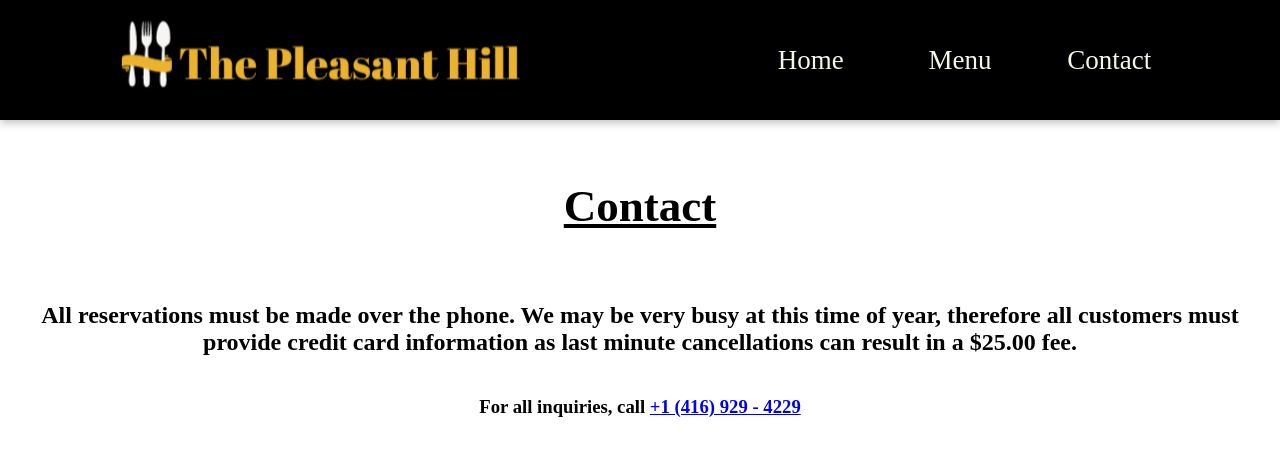
Repository: shayanabedi98/pleasant-hill-restaurant
Page: /, after clicking the first element matching `ul > :nth-child(3)`
An editor plug-in stored every save of this project. The page is shown before and after the next save, followed by the edit.
The browser window is 1280 px wide. The pictures show the part of the page from y = 0 to 458 px (the page is 912 px tall before and 914 px after).
Pictures or frames that could not be fetched are drawn as grey boxes. Some web fonts or font styles are not loaded; a fallback is used. The project was rebuilt for these pictures with package versions that can differ from the ones it lists, and the page was loaded fresh each time. Also part of the build but not shown: vite.config.js, src/components/MenuList.jsx, src/components/Appetizers.jsx, src/components/Entrees.jsx, src/components/Desserts.jsx, src/components/Drinks.jsx, src/components/Menu.jsx.

Above is the page before, as saved 2023-12-27 18:29:02.

### index.html
<!doctype html>
<html lang="en">
  <head>
    <meta charset="UTF-8" />
    <link rel="icon" type="image/svg+xml" href="/vite.svg" />
    <meta name="viewport" content="width=device-width, initial-scale=1.0" />
    <link rel="preconnect" href="https://fonts.googleapis.com">
    <link rel="preconnect" href="https://fonts.gstatic.com" crossorigin>
    <link href="https://fonts.googleapis.com/css2?family=Italiana&display=swap" rel="stylesheet">
    <title></title>
  </head>
  <body>
    <div id="root"></div>
    <script type="module" src="/src/main.jsx"></script>
  </body>
</html>

### src/App.jsx
import { useState } from "react";
import Contact from "./components/Contact";
import Home from "./components/Home";
import Menu from "./components/Menu";
import Navbar from "./components/Navbar";
import "./App.css";

function App() {
  const [activeDiv, setActiveDiv] = useState({
    home: true,
    menu: false,
    contact: false,
  });

  const renderDiv = (clickedItem) => {
    setActiveDiv({
      home: clickedItem === 'home',
      menu: clickedItem === 'menu',
      contact: clickedItem === 'contact'
    })
  }

  return (
    <>
      <Navbar onClick={renderDiv} />
      {activeDiv.home && <Home />}
      {activeDiv.menu && <Menu />}
      {activeDiv.contact && <Contact />}
    </>
  );
}

export default App;

### src/index.css
* {
  background-color: white;
}

### src/components/Contact.jsx
import React from 'react'

const Contact = () => {
  return (
    <div className='contact'>
        <h1>Contact</h1>
        <h2>All reservations must be made over the phone. We may be very busy at this time of year, therefore all customers must provide credit card information as last minute cancellations can result in a $25.00 fee.</h2>
        <h3>For all inquiries, call <a href="tel:+14169295229">+1 (416) 929 - 4229</a> </h3>
        <iframe src="https://www.google.com/maps/embed?pb=!1m18!1m12!1m3!1d721.6078904512414!2d-79.3904640303319!3d43.65999366841537!2m3!1f0!2f0!3f0!3m2!1i1024!2i768!4f13.1!3m3!1m2!1s0x882b34b7cf806435%3A0x842c90518fb9fea1!2s109%20College%20St%2C%20Toronto%2C%20ON%20M5G%201L6!5e0!3m2!1sen!2sca!4v1703711320331!5m2!1sen!2sca" width="600" height="450" style={{border:0}}></iframe>
    </div>
  )
}

export default Contact

### src/components/Home.jsx
import React from 'react'
import banner from '../assets/banner.jpg'
import aboutImg from '../assets/about.jpg'
import toronto from '../assets/toronto.jpg'

const Home = () => {
  return (
    <div className='home'>
      <img src={banner} alt="Banner photo of a luxurious restaurant" />
      <div className='banner-content'>
        <h1>Dine in luxury at The Pleasant Hill</h1>
        <div className='banner-buttons'>
          <button>View Menu</button>
          <button>Book Reservation</button>
        </div>
      </div>
      <div className="about">
        <div className='about1'>
          <img src={aboutImg} alt="zoomed in picture of a dining table with utensils" />
          <h2>Indulge in the Epitome of Gastronomic Luxury at The Pleasant Hill, Toronto's premier dining establishment where every dish promises an adventure for the senses. Experience the pinnacle of culinary artistry in the heart of Ontario.</h2>
        </div>
      </div>
        <div className="about2">
          <p>Nestled in the heart of Toronto, Ontario, The Pleasant Hill offers an oasis of culinary refinement in a world bustling with activity. This luxurious haven of gastronomy is not just a restaurant; it is a destination where the art of fine dining is celebrated, and every meal is an exquisite journey. With its opulent ambiance, The Pleasant Hill invites patrons to indulge in a symphony of flavors crafted by world-renowned chefs. Each dish is a masterpiece, composed of the finest locally-sourced ingredients and presented with the elegance worthy of royalty. Our sommelier-curated wine selection complements the epicurean delights, featuring rare vintages and sought-after labels from the most esteemed vineyards. At The Pleasant Hill, we believe that a meal should be a cherished moment, a time to savor the luxuries that life has to offer. We take pride in creating an unforgettable experience that begins with a warm welcome and lingers long after the last decadent dessert is enjoyed. Come, be our guest and immerse yourself in the pinnacle of Toronto's dining scene.</p>
          <img src={toronto} alt="Toronto skyline" />
        </div>
    </div>
  )
}

export default Home

### src/components/Navbar.jsx
import React from "react";
import logo from "../assets/logo2.png";

const Navbar = ({ onClick }) => {
  return (
    <div className="navbar">
      <img src={logo} alt="" />
      <ul>
        <li onClick={() => onClick("home")}>Home</li>
        <li onClick={() => onClick("menu")}>Menu</li>
        <li onClick={() => onClick("contact")}>Contact</li>
      </ul>
    </div>
  );
};

export default Navbar;

### src/App.css


body {
  padding: 0px;
  margin: 0px;
}

.contact, .menu {
  margin-top: 180px;
}

.navbar {
  background-color: black;
  display: grid;
  grid-template-columns: 1fr 1fr;
  place-items: center;
  align-content: center;
  height: 120px;
  box-shadow: rgba(0, 0, 0, 0.24) 0px 3px 8px;
  z-index: 2;
  position: fixed;
  width: 100%;
  top: 0;
}

.navbar ul li {
  list-style: none;
  font-size: 27px;
  text-align: center;
  color: rgb(245, 245, 232);
  background-color: black;
}

.navbar ul {
  display: grid;
  width: 70%;
  grid-template-columns: 1fr 1fr 1fr;
  padding: 0px;
  margin: 0px;

}

.navbar ul li:hover {
  cursor: pointer;
  background-color: #aa9c66;
}



.menu {

}

.card-container {
  display: grid;
  gap: 20px;
  grid-template-columns: repeat(3, 1fr);
  place-items: center;
  color: #aa9c66;
  width: 1200px;
  margin: auto;
}

.menu-imgs {
  width: 300px;
  margin: 30px 30px 30px 30px;
  border-radius: 5%;
}

.menu-desc {
  text-align: center;
  font-weight: 600;
  padding-left: 20px;
  padding-right: 20px
}

.menu-names {
  font-size: 25px;
  text-decoration: underline;
  color: rgb(158, 152, 96);
}

.card {
  width: 370px;
  min-height: 400px;
  cursor: pointer;
  box-shadow: 0 13px 27px -5px hsla(240, 30.1%, 28%, 0.25), 0 8px 16px -8px hsla(0, 0%, 0%, 0.3), 0 -6px 16px -6px hsla(0, 0%, 0%, 0.03);
  transition: all ease 200ms;
  display: grid;
  place-items: center;
  grid-template-rows: 1fr 0.3fr 0.3fr;
  background-color: black;
  border-radius: 1rem;
  overflow: hidden;

}

.card:hover {
  cursor: pointer;
  transform: scale(1.03);
  box-shadow: 0 13px 40px -5px hsla(240, 30.1%, 28%, 0.12), 0 8px 32px -8px hsla(0, 0%, 0%, 0.14), 0 -6px 32px -6px hsla(0, 0%, 0%, 0.02);
}


.menu-desc, .menu-names {
  background-color: black;
}

.menu h2 {
  text-align: center;
  font-size: 35px;
  margin: 60px 0 60px 0;

}

.menu h1 {
  text-align: center;
  font-size: 40px;

}

.menu-top-p {
  text-align: center;
  font-size: 23px;
  width: 1200px;
  margin: 70px auto;
}


.contact h1 {
  text-align: center;
  width: 1200px;
  font-size: 45px;
  margin: 70px auto;
  text-decoration: underline;

}

.contact h2 {
  text-align: center;
  margin: 1px auto;
  width: 1200px;
}

.contact h3 {
  text-align: center;
  margin: 40px auto;
}

.iframe-div {
  margin: 50px auto;
  display: flex;
  justify-content: center;
  align-items: center;
}

Loaded but not shown: src/main.jsx (common file)

After the next save:
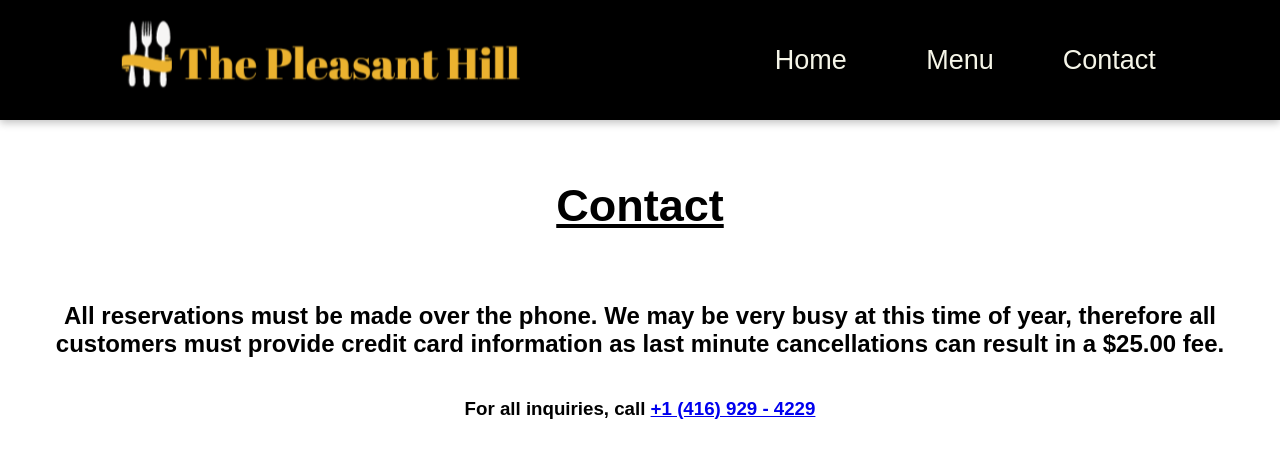
Saved 25 s later.
--- a/src/App.css
+++ b/src/App.css
@@ -1,4 +1,6 @@
-
+* {
+  font-family: 'Italiana', sans-serif;
+}
 
 body {
   padding: 0px;
